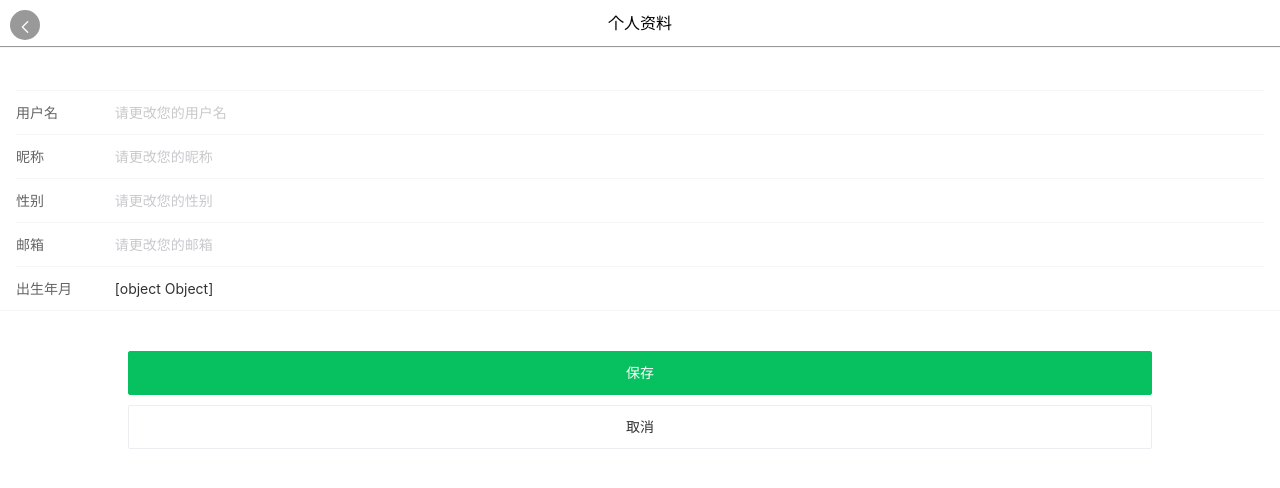
Repository: liuyangming111/mall
Page: /personal
An editor plug-in stored every save of this project. The page is shown before and after a run of saves, followed by the edit.
The browser window is 1280 px wide. The pictures show the whole page.
The project was rebuilt for these pictures with package versions that can differ from the ones it lists, and the page was loaded fresh each time. Also part of the build but not shown: vue.config.js, src/components/bottom.vue, src/views/Home.vue.

Above is the page before, as saved 2020-07-26 13:00:37.

After the next 8 saves:
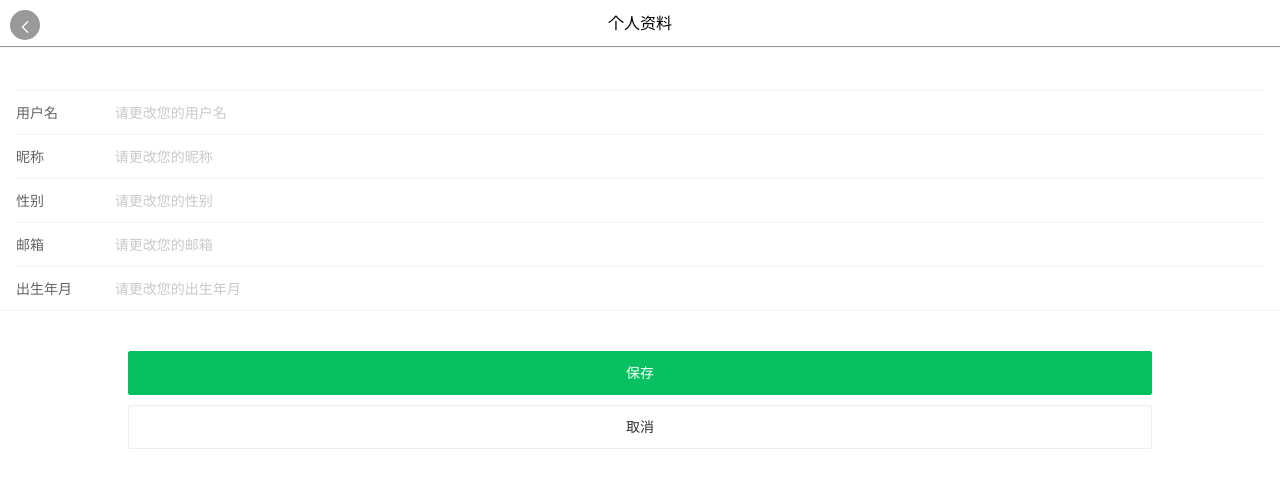
The 8 saves are shown as one change because 3 did not build or start and some came seconds apart.
The last was saved 91 s later.
--- a/src/views/personal/personal.vue
+++ b/src/views/personal/personal.vue
@@ -10,7 +10,7 @@
       <van-field v-model="userInfo.nickname" label="昵称" placeholder="请更改您的昵称" />
       <van-field v-model="userInfo.gender" label="性别" placeholder="请更改您的性别" />
       <van-field v-model="userInfo.nickname" label="邮箱" placeholder="请更改您的邮箱" />
-      <van-field v-model="arr" label="出生年月" placeholder="请更改您的出生年月" />
+      <van-field v-model="a" label="出生年月" placeholder="请更改您的出生年月" />
     </van-cell-group><br><br>
     <div class="preservations"><van-button type="primary" class="preservation" >保存</van-button></div>
     <div class="preservations"><van-button class="preservation" >取消</van-button></div>
@@ -25,9 +25,6 @@ export default {
   data() {
     return {
       userInfo: {},
-      arr:{
-
-      }
     };
   },
   methods: {
